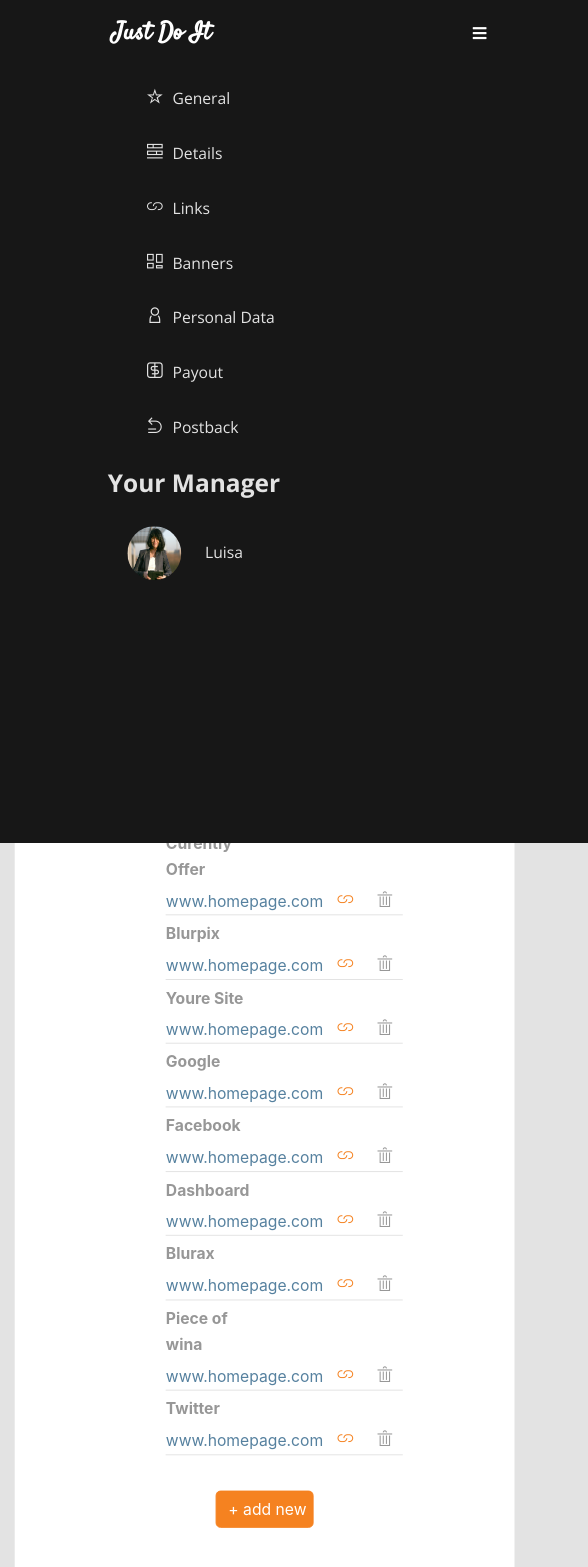
Repository: OllaWilk/wwwJustDoIt
Page: index.html
An editor plug-in stored every save of this project. The page is shown before and after the next save, followed by the edit.
The browser window is 600 px wide. The pictures show the whole page, at 98% of full size.
After loading, the first visible `#hamburger` was clicked once.
Some web libraries are served in a nearby version. The style sheet was rebuilt from its Sass, Less or Tailwind sources for each picture, by a compiler version that may differ from the author's.

Above is the page before, as saved 2019-12-25 19:00:26.

### index.html
<!DOCTYPE html>
<html lang=”en”>
    <head>
        <meta charset=”utf-8”>
        <meta name="viewport" content="width=device-width, initial-scale=1.0">
        <meta http-equiv="X-UA-Compatible" content="ie=edge">
        <meta name="description" content="Projekt indywidualny z kursu Kodilla">
        <meta name="keywords" content="kodilla, indiwidual, project">
        <title>Just Do It - soloProject</title>
            <link href="https://use.fontawesome.com/releases/v5.7.2/css/all.css" rel="stylesheet">
            <link href="https://fonts.googleapis.com/css?family=Open+Sans:400,400i,700|Satisfy&display=swap&subset=latin-ext" rel="stylesheet">
            <link rel="stylesheet" href="https://stackpath.bootstrapcdn.com/bootstrap/4.1.3/css/bootstrap.min.css" integrity="sha384-MCw98/SFnGE8fJT3GXwEOngsV7Zt27NXFoaoApmYm81iuXoPkFOJwJ8ERdknLPMO" crossorigin="anonymous">
            <link rel="stylesheet" href="css/style.css">
            <link rel="stylesheet" href="vendor/css/Glyphter.css">
        </head>

    <body>
        <nav class = "navigation">
            <div class = "navigationWraper">
                <div class  ="navigationTop">
                    <h1 class = "logo">Just Do It</h1>
                    <i id="hamburger" class="fas fa-bars"></i>
                </div>
                <div = class="navigationWraperMobile">
                    <ul>
                        <li><i id="start" class="icon-general"></i><a class="menuButon" href="index.html">General</a></li>
                        <li><i id="details" class="icon-details"></i><a class="menuButon" href="index.html">Details </a></li>
                        <li><i id="links" class="icon-links"></i><a class="menuButon" href="index.html">Links</a></li>
                        <li><i id="banners" class="icon-banners"></i><a class="menuButon" href="index.html">Banners</a></li>
                        <li><i id="personal data" class="icon-personaldata"></i><a class="menuButon" href="index.html">Personal Data</a></li>
                        <li><i id="payout" class="icon-payout"></i><a class="menuButon" href="index.html">Payout</a></li>
                        <li><i id="postback" class="icon-postback"></i><a class="menuButon" href="index.html">Postback</a></li>
                    </ul>
                    <div class = "menagoImg">
                        <h2>Your Manager</h2>
                        <a class="menuButon" href = "index.html">
                            <img src="images/business-woman-746766_1920.jpg">
                        </img>Luisa</a>
                    </div>
                </div>
            </div>
        </nav>

        <div class= "topMenu">
            <div class = "topMenuWrapper">
                <div class= "iconsTopMenu">
                    <i id="wallet" class="icon-wallet"></i>
                    <h3>$ 1,5000</h3>
                    <i id="arrowDown" class="icon-arrow-down-small"></i>
                </div>
                <div class= "iconsTopMenu">
                    <i id="notification" class="icon-notification"></i>
                </div>
                <div class= "iconsTopMenu">
                    <i id="profile" class="icon-profile"></i>
                    <p>Jan Kowalski</p>
                </div>
                <div class= "iconsTopMenu">
                    <i id="start" class="icon-quit"></i>
                </div>
            </div>
        </div>

        <section class = "container">
            <div class = "section  mainPage">
                <h2  class="title">General Statistics</h2>
                <div class="dates">
                    <div class="datesConteiner">
                        <div class="dateStart">12.11.2019</div>
                        <div class="dateEnd">15.11.2019 </div>
                        <i id="calendar" class="icon-calendar"></i>
                    </div>
                    <a href="index.html" id="refresh" class="btnRefrsh btn icon-refresh"></a>
                </div>
                <div class="statistic">
                    <div class="legendWrap">
                        <table>
                            <tr>
                              <td class="visitSignups">
                                <h3>Visit signups</h3>
                                <p>124</p>
                              </td>
                              <td class="netDeposit">
                                <h3>Net deposit</h3>
                                <p>564</p>
                              </td>
                            </tr>
                            <tr>
                              <td class="FTD">
                                <h3>FTD</h3>
                                <p>445</p>
                              </td>
                              <td class="turnOver">
                                <h3>Turn over</h3>
                                <p>435</p>
                              </td>
                            </tr>
                        </table>
                    </div>
                    <canvas id="myChart"></canvas>
                </div>
            </div>

            <div class = "section links">
                <h2  class="title">Links</h2>
                <div class="btnWraper">
                    <a href="index.html" id="refresh" class="btn btnAddNew">+ add new</a>
                </div>
                <div class = "linkWraper">
                    <ul>
                        <li>
                            <p>Home Page</p>
                            <a href="index.html">www.homepage.com</a>
                            <i id="start" class="colorLinks icon-links"></i>
                            <i id="start" class="icon-trash"></i>
                        </li>
                        <li>
                            <p>Curently Offer</p>
                            <a href="index.html">www.homepage.com</a>
                            <i id="start" class="colorLinks icon-links"></i>
                            <i id="start" class="icon-trash"></i>
                        </li>
                        <li>
                            <p>Blurpix</p>
                            <a href="index.html">www.homepage.com</a>
                            <i id="start" class="colorLinks icon-links"></i>
                            <i id="start" class="icon-trash"></i>
                        </li>
                        <li>
                            <p>Youre Site</p>
                            <a href="index.html">www.homepage.com</a>
                            <i id="start" class="colorLinks icon-links"></i>
                            <i id="start" class="icon-trash"></i>
                        </li>
                        <li>
                            <p>Google</p>
                            <a href="index.html">www.homepage.com</a>
                            <i id="start" class="colorLinks icon-links"></i>
                            <i id="start" class="icon-trash"></i>
                        </li>
                        <li>
                            <p>Facebook</p>
                            <a href="index.html">www.homepage.com</a>
                            <i id="start" class="colorLinks icon-links"></i>
                            <i id="start" class="icon-trash"></i>
                        </li>
                        <li>
                            <p>Dashboard</p>
                            <a href="index.html">www.homepage.com</a>
                            <i id="start" class="colorLinks icon-links"></i>
                            <i id="start" class="icon-trash"></i>
                        </li>
                        <li>
                            <p>Blurax</p>
                            <a href="index.html">www.homepage.com</a>
                            <i id="start" class="colorLinks icon-links"></i>
                            <i id="start" class="icon-trash"></i>
                        </li>
                        <li>
                            <p>Piece of wina</p>
                            <a href="index.html">www.homepage.com</a>
                            <i id="start" class="colorLinks icon-links"></i>
                            <i id="start" class="icon-trash"></i>
                        </li>
                        <li>
                            <p>Twitter</p>
                            <a href="index.html">www.homepage.com</a>
                            <i id="start" class="colorLinks icon-links"></i>
                            <i id="start" class="icon-trash"></i>
                        </li>
                    </ul>

                </div>
                <div class="btnWraper">
                    <a href="index.html" id="refresh" class="btn btnAddNew">+ add new</a>
                </div>
            </div>
        </section>

        <script src="https://cdnjs.cloudflare.com/ajax/libs/Chart.js/2.4.0/Chart.min.js"></script>
        <script src="js/script.js"></script>
    </body>
</html>

### js/script.js
const hamburgerMenuLeft = document.getElementById('hamburger');
const mobileMenu = document.querySelector('.navigationWraperMobile');

hamburger.addEventListener('click', function(){
    mobileMenu.classList.toggle('active');
});

var ctx = document.getElementById('myChart').getContext('2d');

var chart = new Chart(ctx, {
    // 1
    type: 'bar',
    data: {
        // 2
        labels: ["01", "02", "03", "04", "05", "06", "07", "08", "09", "10"],
        // 3
        datasets: [{
            // 4
            label: "Signups",
            // 5
            backgroundColor: '#8DBEC8',
            borderColor: '#8DBEC8',
            // 6
            data: [ 52, 51, 41, 94, 26, 6, 72, 9, 21, 88 ],
        },
        {
            label: "FTD",
            backgroundColor: '#F29E4E',
            borderColor: '#F29E4E',
            data: [ 6, 72, 1, 0, 47, 11, 50, 44, 63, 76 ],
        },
        {
            label: "Earned",
            backgroundColor: '#71B374',
            borderColor: '#71B374',
            data: [ 59, 49, 68, 90, 67, 41, 13, 38, 48, 48 ],
            // 7
            hidden: true,
        }]
    },
});

### sass/style.scss
/*importy styli*/
@import "variables";
@import "mixins";

@import "normalize";
@import "layout";

@import "sections/leftNavigtation";
@import "sections/topUserMenu";

@import "pages/mainPage";
@import "pages/links";
@import "components/mediaQuery";

### sass/_variables.scss
/*stałe graficzne*/
/*colors*/
$color-dark: #171717;
$color-light: #ffffff;
$color-buttonGreyDark: #979797;
$color-buttonGreyLight: #bbbbbb;
$color-buttonDisable: #e4e4e4;
$color-background: #E3E3E3;
$color-buttonOrangeDark: #F58220;
$color-buttonOrangeLight: #FFA200;
$color-onlineButton: #04AE00;
$color-notificationClicked: #74B67A;
$color-notificationUnclicked: #96CC9B;
$color-buttonNegativeClicked: #DE5252;
$color-buttonNegativeUnclicked: #EC7171;
$color-links: #56819F;
$color-strongRed: #FF0000;

/*font sizes*/

$paragraph-font-size: 16px;

/*fonts*/
$logo: 'Satisfy', cursive;
$brand-font: "Open Sans", Helvetica, Arial;
$default-font: 'Roboto', sans-serif;

### sass/_mixins.scss
/*buttons*/
.btn {
  display: inline-block;
  border-radius: 5px;
  font-size: 16px;
  text-align: center;
  text-decoration: none;
  cursor: pointer;
  border: 1px solid $color-buttonOrangeDark;
  background-color: $color-buttonOrangeDark;
  color: $color-light;
  width: 100px;
  &:hover {
    background-color: $color-light;
    color: $color-buttonGreyDark;
    border: 1px solid $color-buttonGreyDark;
  }
}


.btnRefrsh {
  width: 40px;
  height: 40px;
  margin: 20px;
}

@mixin flex-center {
  display: flex;
  justify-content: center;
}

/*links*/

### sass/_layout.scss
/*Global*/
html {
    box-sizing: border-box;
}

*, *::before, *::after {
    box-sizing: inherit;
}

body {
    margin: 0;
    background-color: $color-background;
    font-size: 16px;
    line-height: 1.7;
    display: flex;
}

.container {
    width: calc(100% - 240px); //NIE DZIAŁA DLACZEGO?
    top: 70px;
    left: 240px;
    position: absolute;
    z-index: -1;
}

.section {
    background-color: $color-light;
    //width: 141%; //tu musi być 141% bo szerokość kontenera nie mogę zmienić
}

### sass/sections/_leftNavigtation.scss
.navigation {
    width: 240px;
    height: 100vh;
    position: fixed;
    background-color: $color-dark;
    color: $color-light;
    padding: 10px;

}

.navigationWraper {
    font-family: $brand-font;
    ul {
        font-size: 16px;
        list-style-type: none;
        color: $color-background;
        li {
            margin: 20px 0px;
            padding:10px;
            &:hover {
                border-left: 4px solid $color-buttonOrangeDark;
            }
        }
    }
}

.navigationTop {
    display: flex;
    align-items: baseline;
    i {
        opacity: 0;
        cursor: none;
    }
}

.logo {
    font-family: $logo;
    font-size: 25px;
    font-weight: 600;
    margin: 10px auto;
}

.menuButon {
    color: $color-background;
    font-family: $brand-font;
    font-size: 16px;
    margin: 0 10px;
    text-decoration: none;
    &:hover {
        color: $color-background;
        text-decoration: none;
    }
}

.menagoImg {
    h2 {
        font-size: 25px;
        font-weight: 600;
        color: $color-background;
        margin: 25px 0 10px 10px;
    }
    a {
        img {
            border-radius: 50%;
            height: 55px;
            width: 55px;
            margin: 20px;
        }

    }
}

### sass/sections/_topUserMenu.scss
.topMenu {
    background-color: $color-light;
    width: calc(100% - 240px);
    height: 50px;
    margin-left: 240px;
    position: fixed;
}

.topMenuWrapper {
    display: flex;
    float: right;
    width: auto;
    margin: 5px 10px;
}

.iconsTopMenu {
    display: flex;
    align-items: baseline;
    border-left: 2px solid $color-background;
    padding: 10px 20px 0 20px;
    i {
        display:inline-block;
    }
    h3 {
        font-size: 20px;
        margin: 0 10px;
        font-weight: bold;
        font-family: $default-font;
    }
    p{
        font-size: 16px;
        margin: 0 10px;
        font-family: $default-font;
    }
}

/*UWAGI
inny krótszy zapisz gdzie p z 52 linijki html jest zamienione na h3: nie działa :first-child a działa :last-child

.iconsTopMenu {
    display: flex;
    align-items: baseline;
    border-left: 2px solid $color-background;
    padding: 10px 20px 0 20px;
    i {
        display:inline-block;
    }
    h3 {
        font-size: 16px;
        margin: 0 10px;
        font-weight: bold;
        :first-child{
            font-weight: bold;
        }
    }
}

*/

### sass/pages/_mainPage.scss
.title {
    color: $color-buttonGreyDark;
    font-weight: 550;
    font-size: 25px;
    border-bottom: 2px solid $color-background;
    padding: 12px;
    margin: 0 20px;
}

//Daty

.dates {
    display: flex;
    justify-content: center;
    padding: 20px 30px;
    align-items: baseline;
    border-bottom: 1px solid $color-background;
}

.datesConteiner {
    padding: 5px 10px;
    border: 1px solid $color-background;
    border-radius: 2px;
    display: flex;
    align-items: baseline;
    div {
        border-right: 1px solid $color-background;
        padding-left: 20px;
        padding-right: 40px;
        font-size: 16px;
    }
    i {
        color: $color-background;
        padding-left: 5px;
    }
}

.legendWrap {
    table {
      margin: 20px auto;
      width: 70%;
      border-spacing: 25px; //dlaczego nie działasz?
      tr {
        td {
          position: relative;
          padding: 0;
          border-bottom: 3px solid $color-background;
          width: auto;
          h3, p {
            display: inline;
            font-family: $brand-font;
            font-size: 16px;
            font-weight: bold;
            color: $color-buttonGreyDark;
            padding-right:  30px;
          }
          p {
            position: absolute;
            right: 0;
            margin: 0;
            font-weight: 500;
          }
        }
      }
    }
  }

### sass/pages/_links.scss

//Linki
.links {
    margin-top: 20px;
    padding-bottom: 20px;
}

.btnWraper {
    display: flex;
    justify-content: center;
}

.btnAddNew {
    margin: 20px;

}

.linkWraper {
    font-size: 16px;
    color: $color-buttonGreyDark;
    display: flex;
    justify-content: center;
    ul {
        li {
            display: flex;
            align-items: baseline;
            border-bottom: 1px solid $color-background;
            &:hover {
                background-color: $color-background;
            }
            p {
                font-weight: bold;
                margin: 5px 0;
                width: 320px;
            }
        }
    }
    a {
        color: $color-links;
        text-decoration: none;
        width: 320px;
    }
    i {
        margin: 0 10px;
    }
}

.colorLinks {
    color: $color-buttonOrangeDark;
    margin-left: 320px;
}

### sass/components/_mediaQuery.scss
@media (max-width: 750px) {
    /*topUserMenu*/
    .topMenu {
        margin: auto;
        z-index: -1;
    }

    .topMenuWrapper {
        display: none;
    }

    /*leftNavigationMenu*/

    .navigation  {
        width: 100%;
        height: auto;
    }

    .navigationTop {
        justify-content: space-around;
        z-index: 1;
        i {
            opacity: 1;
            font-size: 16px;
            margin-left: 70px;
            cursor: pointer;
            &:hover {
                color: $color-buttonOrangeDark;
            }
        }
    }

    .logo {
        margin: 10px;
    }

    .navigationWraperMobile {
        display: none;
        width: 100%;
    }

    .navigationWraperMobile.active {
        display: block;
        position: fixed;
        right: 0;
        height: 100%;
        background-color: $color-dark;
        z-index: 1;
        line-height: 0;
        padding: 0 100px;
        font-size: 50px;
        ul {

            li{

            }
        }
    }

    .container {
        left: 0;
        width: 100%;
        top: 90px;
    }

    .linkWraper {
        width: 100%;
        ul {
            li {
            display: block;
            p {
                width: 100px;
            }
            }
        }
    }
}

Loaded but not shown: vendor/css/Glyphter.css (common file); sass/_normalize.scss (common file)

After the next save:
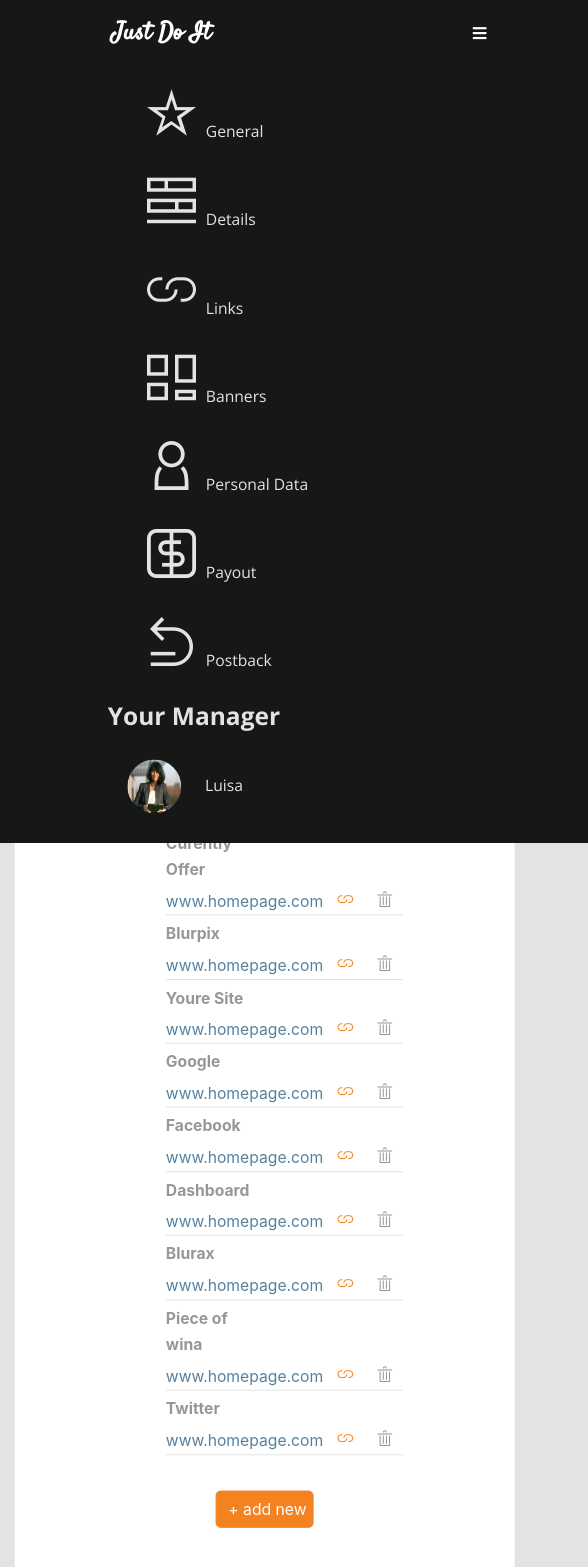
Saved 15 s later.
--- a/sass/components/_mediaQuery.scss
+++ b/sass/components/_mediaQuery.scss
@@ -48,11 +48,11 @@
         z-index: 1;
         line-height: 0;
         padding: 0 100px;
-        font-size: 50px;
+
         ul {
 
             li{
-
+                font-size: 50px;
             }
         }
     }

After the save that followed:
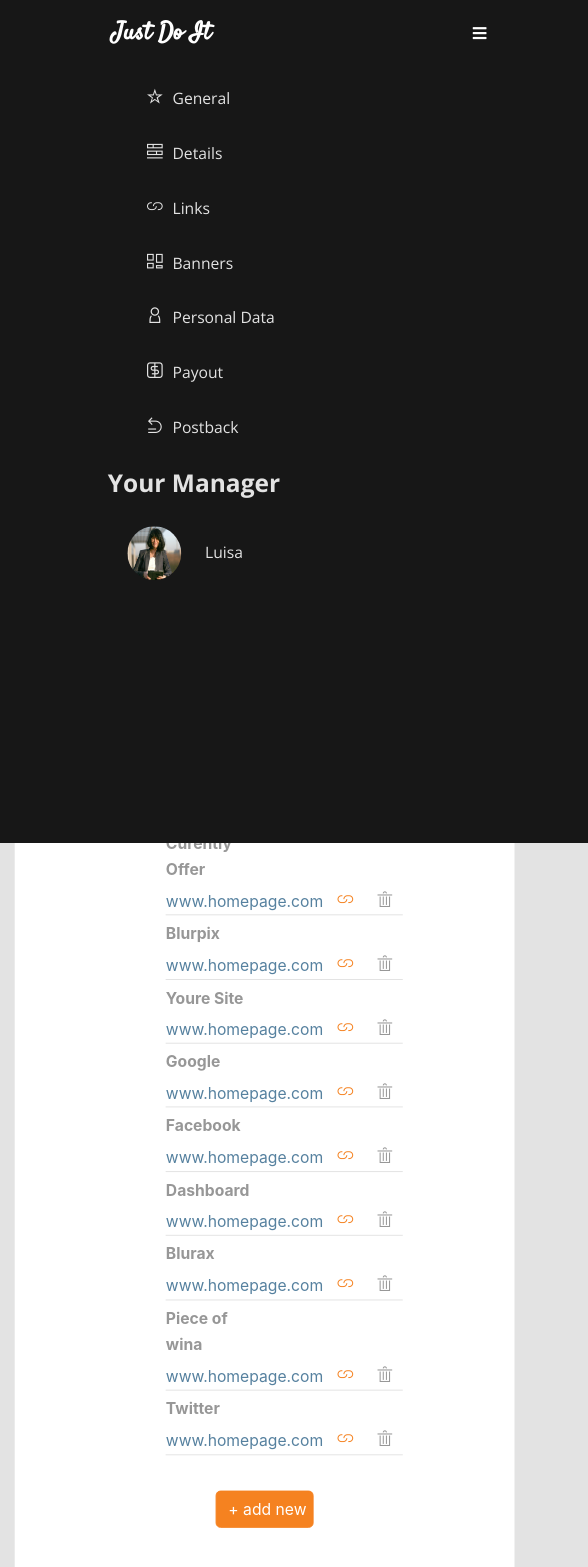
Saved 42 s later.
--- a/sass/components/_mediaQuery.scss
+++ b/sass/components/_mediaQuery.scss
@@ -48,11 +48,9 @@
         z-index: 1;
         line-height: 0;
         padding: 0 100px;
+        ul {
+            li{
 
-        ul {
-
-            li{
-                font-size: 50px;
             }
         }
     }
